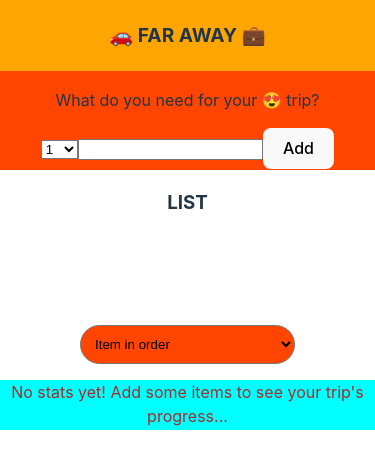
Repository: Celebration-cloud/Trip-Add-To-List
Page: /
The author's editor kept a copy of each file at every save. The page is drawn from the files as they stood at one save, then again after the next save.
The browser window is 375 px wide. The pictures show the whole page.
The project was rebuilt for these pictures with package versions that can differ from the ones it lists, and the page was loaded fresh each time. Also part of the build but not shown: vite.config.js.

Above is the page before, as saved 2023-10-29 16:28:10.

After the next save:
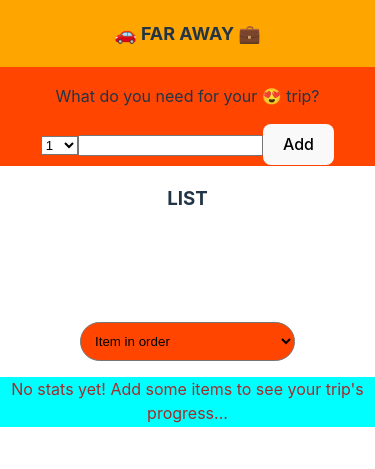
Saved 4 s later.
--- a/src/Trip-List/TripList.css
+++ b/src/Trip-List/TripList.css
@@ -25,6 +25,6 @@
 }
 .title{
     font-family: inherit;
-    font-size: larg;
+    font-size: large;
 }
 }
